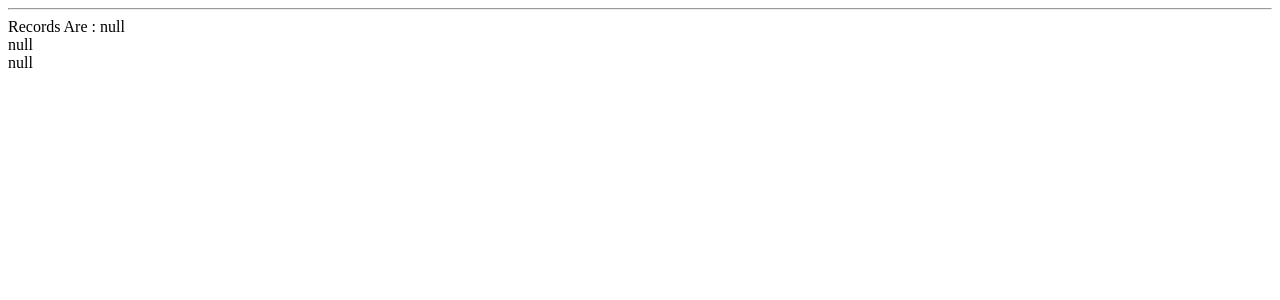
Repository: Sunil-731820/AllWorkingModels
Page: http://localhost/JSFUsingBean/process.jsp
The author's editor kept a copy of each file at every save. The page is drawn from the files as they stood at one save, then again after the next save.
The browser window is 1280 px wide. The pictures show the whole page.
The page is served by Tomcat 9. Other server files are loaded and not shown.

Above is the page before, as saved 2022-10-27 10:56:06.

### HibernatesProject/JSFUsingBean/src/main/webapp/process.jsp
<%@ page language="java" contentType="text/html; charset=ISO-8859-1"
    pageEncoding="ISO-8859-1"%>
<!DOCTYPE html>
<html>
<head>
<meta charset="ISO-8859-1">
<title>Insert title here</title>
</head>
<body>

<jsp:useBean id="u" class="com.java.jsf.User"/>
<jsp:setProperty property="*" name="u"/>
<hr>
Records Are :

<jsp:getProperty property="name" name="u"/><br>
<jsp:getProperty property="password" name="u"/><br>
<jsp:getProperty property="email" name="u"/><br>


</body>
</html>

### HibernatesProject/JSFUsingBean/src/main/java/com/java/jsf/User.java
package com.java.jsf;

public class User {

	private String name;
	private String password;
	private String email;


	public String getName() {
		return name;
	}
	public void setName(String name) {
		this.name = name;
	}
	public String getPassword() {
		return password;
	}
	public void setPassword(String password) {
		this.password = password;
	}
	public String getEmail() {
		return email;
	}
	public void setEmail(String email) {
		this.email = email;
	}





}

After the next save:
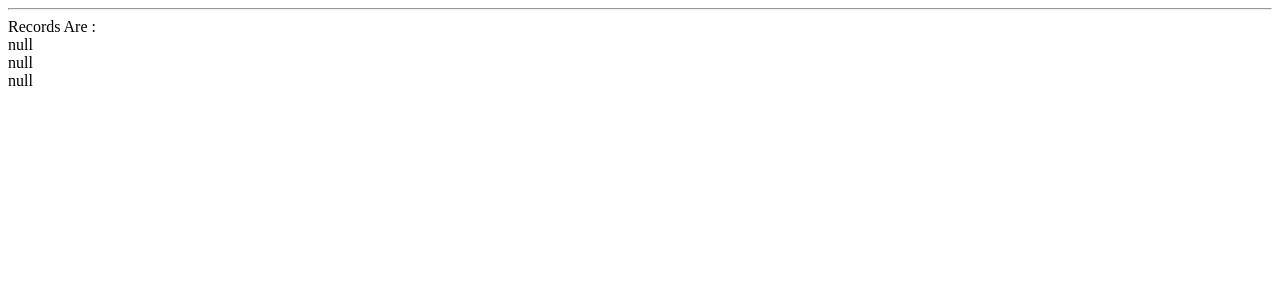
Saved 37 s later.
--- a/HibernatesProject/JSFUsingBean/src/main/webapp/process.jsp
+++ b/HibernatesProject/JSFUsingBean/src/main/webapp/process.jsp
@@ -11,7 +11,7 @@
 <jsp:useBean id="u" class="com.java.jsf.User"/>
 <jsp:setProperty property="*" name="u"/>
 <hr>
-Records Are :
+Records Are :<br>
 
 <jsp:getProperty property="name" name="u"/><br>
 <jsp:getProperty property="password" name="u"/><br>
